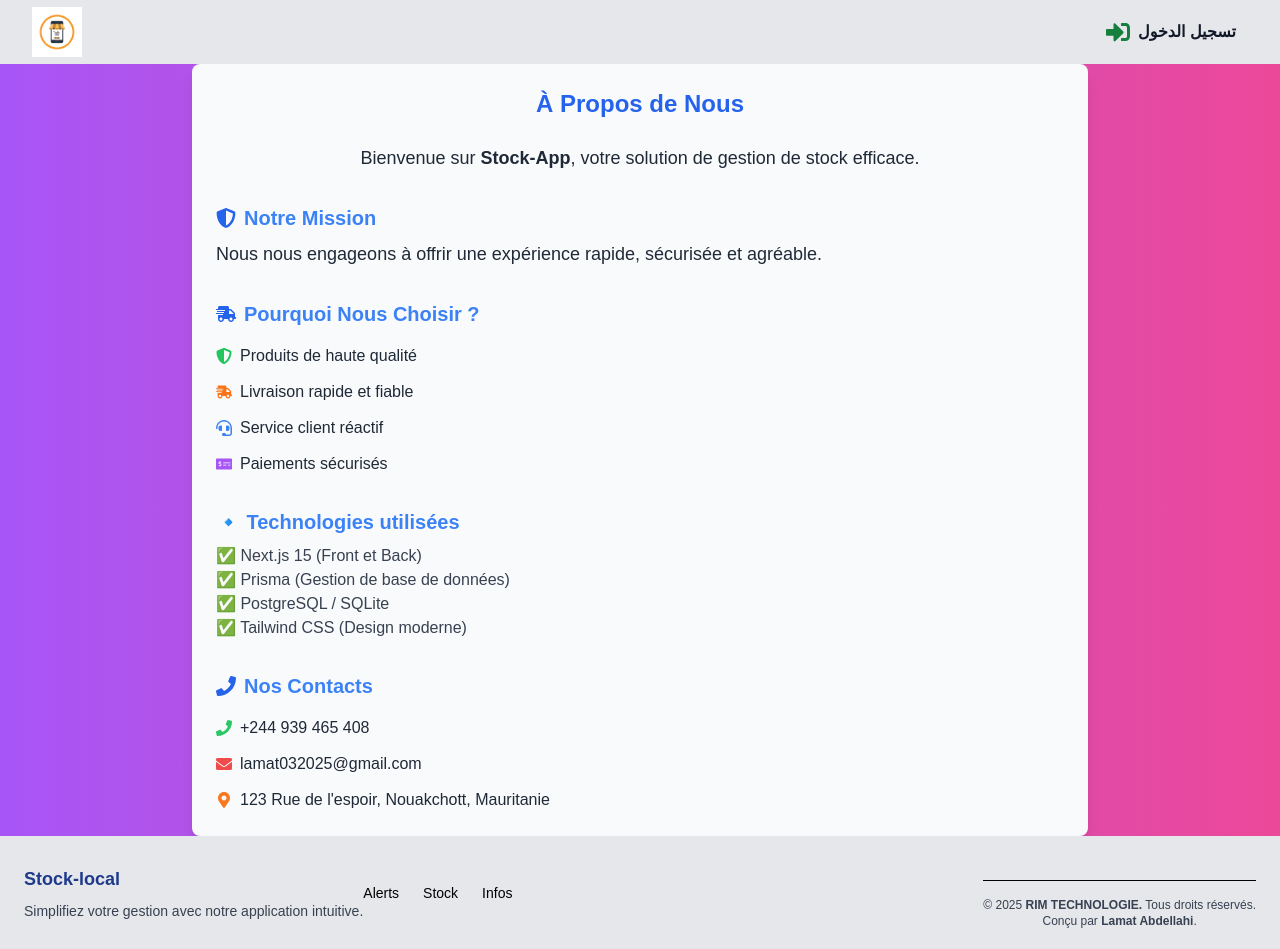
Repository: lamatmed/stock-mr
Page: /about
The author's editor kept a copy of each file at every save. The page is drawn from the files as they stood at one save, then again after the next save.
The browser window is 1280 px wide. The pictures show the whole page.
The page's requests for data from a server got no answer. The project was rebuilt for these pictures with package versions that can differ from the ones it lists, and the page was loaded fresh each time. Some packages were replaced by stand-ins written for this rebuild. The framework's server and built-in components were replaced by stand-ins that run in the browser. No one was signed in, and anything a server would have sent is missing. Also part of the build but not shown: next.config.ts.

Above is the page before, as saved 2025-04-14 19:31:50.

After the next save:
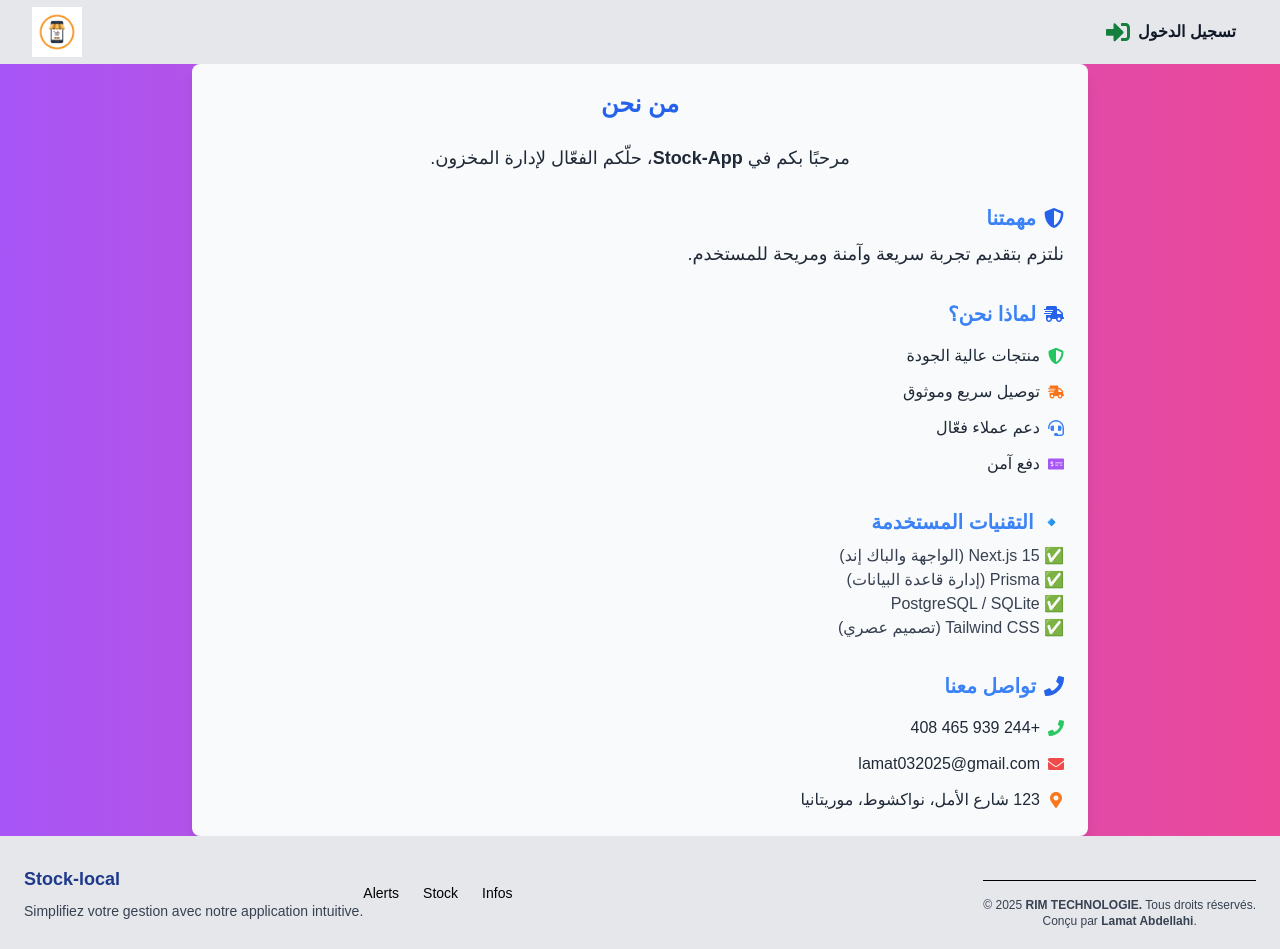
Saved 65 min 57 s later.
--- a/app/about/page.tsx
+++ b/app/about/page.tsx
@@ -21,8 +21,8 @@ export default function About() {
   return (
     <>
       <Head>
-        <title>À Propos | Stock-App</title>
-        <meta name="description" content="Découvrez notre entreprise et notre mission." />
+        <title>حول | Stock-App</title>
+        <meta name="description" content="اكتشف شركتنا ومهمتنا." />
       </Head>
 
       {loading ? (
@@ -31,37 +31,38 @@ export default function About() {
         </div>
       ) : (
         <motion.div
+          dir="rtl"
           initial={{ opacity: 0, y: 20 }}
           animate={{ opacity: 1, y: 0 }}
           transition={{ duration: 0.5 }}
           className="max-w-4xl mx-auto p-6 text-gray-800 bg-gray-50 shadow-lg rounded-lg"
         >
           <h1 className="text-2xl font-extrabold text-center text-blue-600 mb-6">
-            À Propos de Nous
+            من نحن
           </h1>
           <p className="text-lg text-center mb-6">
-            Bienvenue sur <strong>Stock-App</strong>, votre solution de gestion de stock efficace.
+            مرحبًا بكم في <strong>Stock-App</strong>، حلّكم الفعّال لإدارة المخزون.
           </p>
 
           <motion.h2
-            initial={{ opacity: 0, x: -20 }}
+            initial={{ opacity: 0, x: 20 }}
             animate={{ opacity: 1, x: 0 }}
             transition={{ duration: 0.5, delay: 0.2 }}
             className="text-xl font-semibold text-blue-500 mt-8 flex items-center"
           >
-            <FaShieldAlt className="mr-2 text-blue-600" /> Notre Mission
+            <FaShieldAlt className="ml-2 text-blue-600" /> مهمتنا
           </motion.h2>
           <p className="text-lg mt-2">
-            Nous nous engageons à offrir une expérience rapide, sécurisée et agréable.
+            نلتزم بتقديم تجربة سريعة وآمنة ومريحة للمستخدم.
           </p>
 
           <motion.h2
-            initial={{ opacity: 0, x: -20 }}
+            initial={{ opacity: 0, x: 20 }}
             animate={{ opacity: 1, x: 0 }}
             transition={{ duration: 0.5, delay: 0.4 }}
             className="text-xl font-semibold text-blue-500 mt-8 flex items-center"
           >
-            <FaShippingFast className="mr-2 text-blue-600" /> Pourquoi Nous Choisir ?
+            <FaShippingFast className="ml-2 text-blue-600" /> لماذا نحن؟
           </motion.h2>
           <ul className="mt-4 space-y-3">
             <motion.li
@@ -69,58 +70,58 @@ export default function About() {
               transition={{ duration: 0.2 }}
               className="flex items-center"
             >
-              <FaShieldAlt className="text-green-500 mr-2" /> Produits de haute qualité
+              <FaShieldAlt className="text-green-500 ml-2" /> منتجات عالية الجودة
             </motion.li>
             <motion.li
               whileHover={{ scale: 1.05 }}
               transition={{ duration: 0.2 }}
               className="flex items-center"
             >
-              <FaShippingFast className="text-orange-500 mr-2" /> Livraison rapide et fiable
+              <FaShippingFast className="text-orange-500 ml-2" /> توصيل سريع وموثوق
             </motion.li>
             <motion.li
               whileHover={{ scale: 1.05 }}
               transition={{ duration: 0.2 }}
               className="flex items-center"
             >
-              <FaHeadset className="text-blue-500 mr-2" /> Service client réactif
+              <FaHeadset className="text-blue-500 ml-2" /> دعم عملاء فعّال
             </motion.li>
             <motion.li
               whileHover={{ scale: 1.05 }}
               transition={{ duration: 0.2 }}
               className="flex items-center"
             >
-              <FaMoneyCheckAlt className="text-purple-500 mr-2" /> Paiements sécurisés
+              <FaMoneyCheckAlt className="text-purple-500 ml-2" /> دفع آمن
             </motion.li>
           </ul>
 
           <h2 className="text-xl font-semibold text-blue-500 mt-8 flex items-center">
-            🔹 Technologies utilisées
+            🔹 التقنيات المستخدمة
           </h2>
           <p className="mt-2 text-gray-700">
-            ✅ Next.js 15 (Front et Back) <br />
-            ✅ Prisma (Gestion de base de données) <br />
+            ✅ Next.js 15 (الواجهة والباك إند) <br />
+            ✅ Prisma (إدارة قاعدة البيانات) <br />
             ✅ PostgreSQL / SQLite <br />
-            ✅ Tailwind CSS (Design moderne)
+            ✅ Tailwind CSS (تصميم عصري)
           </p>
 
           <motion.h2
-            initial={{ opacity: 0, x: -20 }}
+            initial={{ opacity: 0, x: 20 }}
             animate={{ opacity: 1, x: 0 }}
             transition={{ duration: 0.5, delay: 0.6 }}
             className="text-xl font-semibold text-blue-500 mt-8 flex items-center"
           >
-            <FaPhone className="mr-2 text-blue-600" /> Nos Contacts
+            <FaPhone className="ml-2 text-blue-600" /> تواصل معنا
           </motion.h2>
           <div className="mt-4 space-y-3">
             <p className="flex items-center">
-              <FaPhone className="text-green-500 mr-2 animate-pulse" /> +244 939 465 408
+              <FaPhone className="text-green-500 ml-2 animate-pulse" /> +244 939 465 408
             </p>
             <p className="flex items-center">
-              <FaEnvelope className="text-red-500 mr-2 animate-pulse" /> lamat032025@gmail.com
+              <FaEnvelope className="text-red-500 ml-2 animate-pulse" /> lamat032025@gmail.com
             </p>
             <p className="flex items-center">
-              <FaMapMarkerAlt className="text-orange-500 mr-2 animate-pulse" /> 123 Rue de l&apos;espoir, Nouakchott, Mauritanie
+              <FaMapMarkerAlt className="text-orange-500 ml-2 animate-pulse" /> 123 شارع الأمل، نواكشوط، موريتانيا
             </p>
           </div>
         </motion.div>
